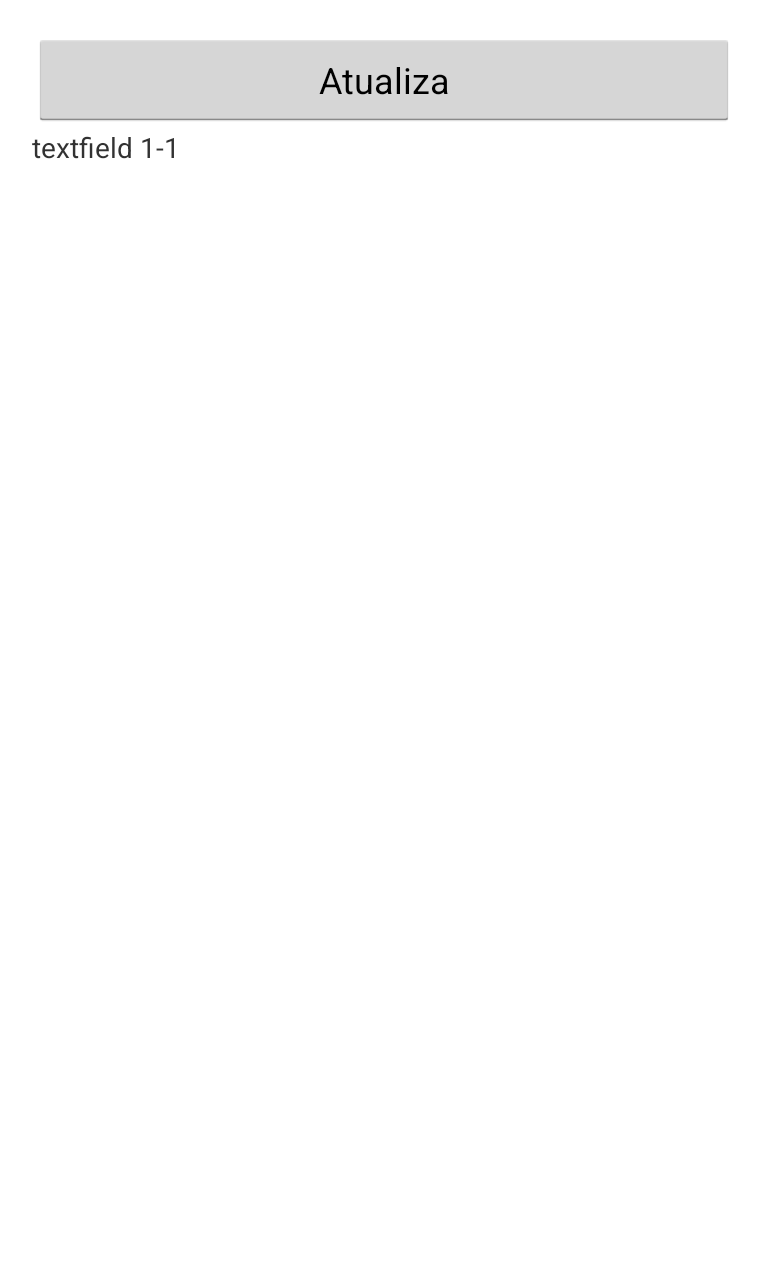
Repository: fernandoreb/android
Layout: MyFirstApp/res/layout/activity_main.xml
The author's editor kept a copy of each file at every save. The layout is drawn from the files as they stood at one save, then again after the next save.
It is drawn on a 768 x 1280 px phone screen (xhdpi) without system bars, with theme AppTheme; the app's code is not run.

Above is the layout before, as saved 2013-07-21 12:49:24.

### MyFirstApp/res/layout/activity_main.xml
<RelativeLayout xmlns:android="http://schemas.android.com/apk/res/android"
    xmlns:tools="http://schemas.android.com/tools"
    android:layout_width="wrap_content"
    android:layout_height="wrap_content"
    android:paddingBottom="@dimen/activity_vertical_margin"
    android:paddingLeft="@dimen/activity_horizontal_margin"
    android:paddingRight="@dimen/activity_horizontal_margin"
    android:paddingTop="@dimen/activity_vertical_margin"
    tools:context=".MainActivity" >


    <ScrollView android:id="@+id/ScrollView01" android:layout_width="wrap_content" android:layout_height="wrap_content">

  		<TableLayout android:id="@+id/TableLayout01" android:layout_width="fill_parent" android:layout_height="wrap_content" android:stretchColumns="0">

  		    <TableRow android:id="@+id/TableRow01" android:layout_width="wrap_content" android:layout_height="wrap_content">

 				<Button android:id="@+id/Button01" android:layout_width="wrap_content" android:layout_height="wrap_content" android:text="Atualiza"></Button>

    		</TableRow>
    		<TableRow android:id="@+id/TableRow02" android:layout_width="wrap_content" android:layout_height="wrap_content">

      			<TextView android:id="@+id/TextView01" android:layout_width="fill_parent" android:layout_height="wrap_content" android:text="textfield 1-1"></TextView>

    		</TableRow>
  		</TableLayout>
	</ScrollView>

</RelativeLayout>

Loaded but not shown: MyFirstApp/res/values/styles.xml (common file); MyFirstApp/res/values-v11/styles.xml (common file); MyFirstApp/res/values-v14/styles.xml (common file); MyFirstApp/res/values/dimens.xml (common file)

After the next save:
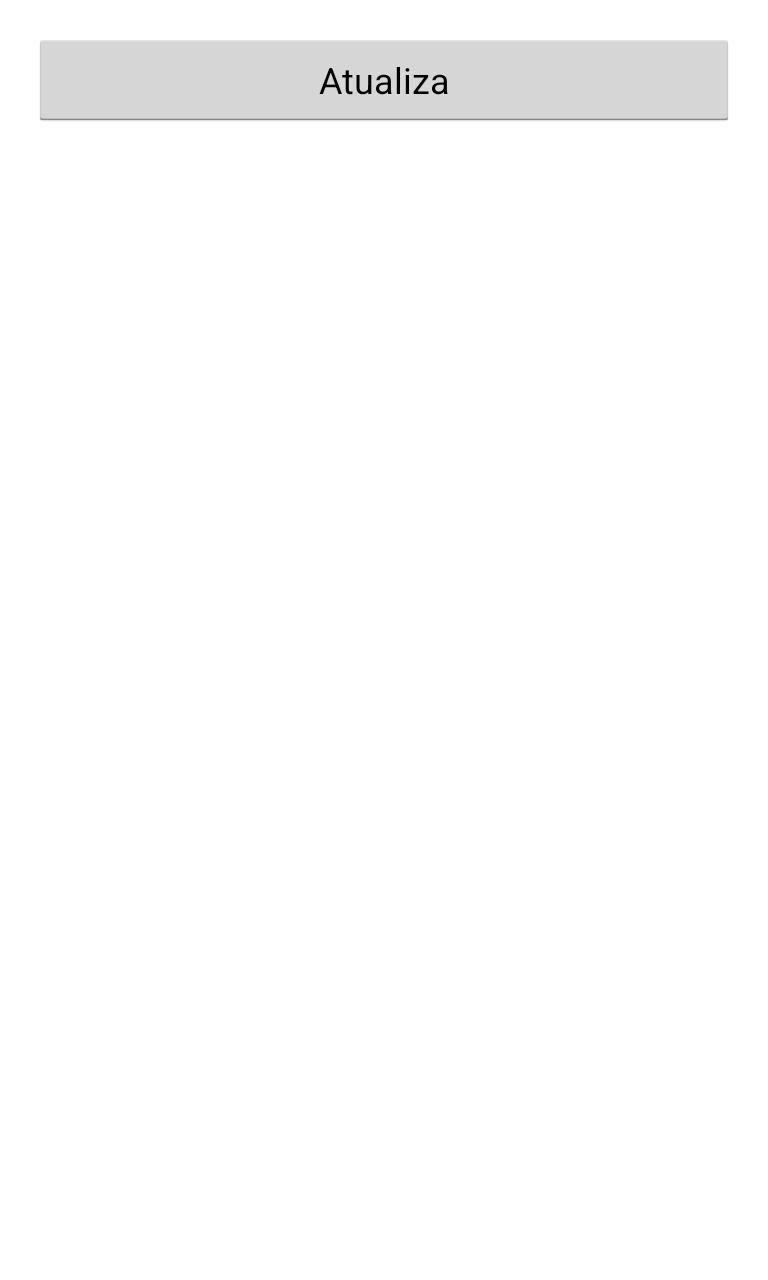
Saved 23 s later.
--- a/MyFirstApp/res/layout/activity_main.xml
+++ b/MyFirstApp/res/layout/activity_main.xml
@@ -18,11 +18,6 @@
  				<Button android:id="@+id/Button01" android:layout_width="wrap_content" android:layout_height="wrap_content" android:text="Atualiza"></Button>
 
     		</TableRow>
-    		<TableRow android:id="@+id/TableRow02" android:layout_width="wrap_content" android:layout_height="wrap_content">
-
-      			<TextView android:id="@+id/TextView01" android:layout_width="fill_parent" android:layout_height="wrap_content" android:text="textfield 1-1"></TextView>
-
-    		</TableRow>
   		</TableLayout>
 	</ScrollView>
 
